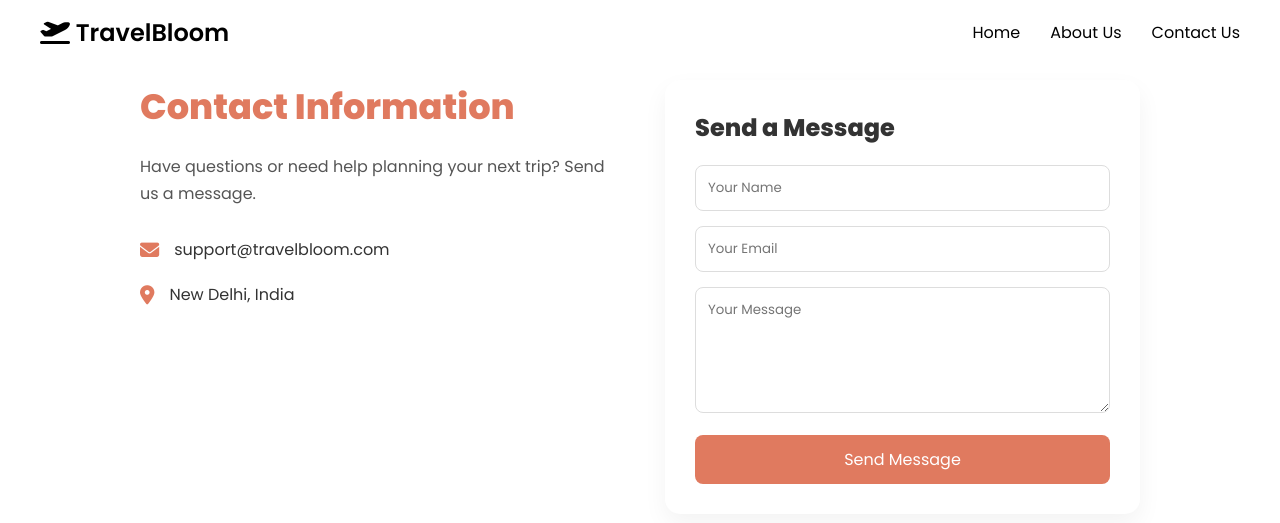
Repository: LatikaAdhikari064/TravelBloom_Project
Page: contact.html
An editor plug-in stored every save of this project. The page is shown before and after the next save, followed by the edit.
The browser window is 1280 px wide. The pictures show the whole page.

Above is the page before, as saved 2026-01-08 21:16:55.

### contact.html
<!DOCTYPE html>
<html lang="en">
<head>
    <meta charset="UTF-8">
    <meta name="viewport" content="width=device-width, initial-scale=1.0">
    <title>Contact Us - TravelBloom</title>

    <!-- Fonts & Icons -->
    <link href="https://fonts.googleapis.com/css2?family=Poppins:wght@300;400;600;800&display=swap" rel="stylesheet">
    <link rel="stylesheet" href="https://cdnjs.cloudflare.com/ajax/libs/font-awesome/6.4.0/css/all.min.css">

    <!-- CSS -->
    <link rel="stylesheet" href="contact.css">
</head>
<body>

    <nav class="navbar">
        <div class="logo">
            <i class="fas fa-plane-departure"></i> TravelBloom
        </div>
        <ul class="nav-links">
            <li><a href="/">Home</a></li>
            <li><a href="about.html">About Us</a></li>
            <li><a href="contact.html">Contact Us</a></li>
        </ul>
    </nav>
    <!-- CONTACT SECTION -->
    <section class="contact-section">
        <div class="contact-container">

            <!-- INFO -->
            <div class="contact-info">
                <h2>Contact Information</h2>
                <p>Have questions or need help planning your next trip? Send us a message.</p>

                <div class="info-item">
                    <i class="fas fa-envelope"></i>
                    <span>support@travelbloom.com</span>
                </div>

                <div class="info-item">
                    <i class="fas fa-map-marker-alt"></i>
                    <span>New Delhi, India</span>
                </div>
            </div>

            <!-- FORM -->
            <form class="contact-form">
                <h2>Send a Message</h2>

                <input type="text" placeholder="Your Name" required>
                <input type="email" placeholder="Your Email" required>
                <textarea placeholder="Your Message" rows="5" required></textarea>

                <button type="submit">Send Message</button>
            </form>

        </div>
    </section>

</body>
</html>

### contact.css
/* --- CONTACT PAGE STYLES --- */
* {
    margin: 0;
    padding: 0;
    box-sizing: border-box;
    font-family: 'Poppins', sans-serif;
}

body {
    overflow-x: hidden;
}

/* --- Navigation Bar --- */
.navbar {
     position: fixed;
    top: 0;
    width: 100%;
    padding: 15px 40px;
    display: flex;
    justify-content: space-between;
    align-items: center;
    background: rgb(255, 255, 255);
    backdrop-filter: blur(8px);
    z-index: 1000;
}

.logo {
    font-size: 1.5rem;
    font-weight: 600;
    color: rgb(0, 0, 0);
}

.nav-links {
    list-style: none;
    display: flex;
    gap: 30px;
}

.nav-links a {
    text-decoration: none;
    color: rgb(0, 0, 0);
    font-weight: 400;
    transition: color 0.3s;
}

.nav-links a:hover,
.nav-links a.active {
    color: #E07A5F;
}

.contact-hero h1 {
    font-size: 3rem;
    font-weight: 800;
}

.contact-hero p {
    font-size: 1.1rem;
    opacity: 0.9;
}

/* SECTION */
.contact-section {
    padding: 80px 20px;
    background:white;
}

.contact-container {
    max-width: 1000px;
    margin: auto;
    display: grid;
    grid-template-columns: 1fr 1fr;
    gap: 50px;
}

/* INFO */
.contact-info h2 {
    font-size: 2.2rem;
    margin-bottom: 20px;
    color: #E07A5F;
}

.contact-info p {
    color: #555;
    margin-bottom: 30px;
    line-height: 1.7;
}

.info-item {
    display: flex;
    align-items: center;
    gap: 15px;
    margin-bottom: 20px;
    color: #333;
}

.info-item i {
    color: #E07A5F;
    font-size: 1.2rem;
}

/* FORM */
.contact-form {
    background: white;
    padding: 30px;
    border-radius: 15px;
    box-shadow: 0 10px 25px rgba(0,0,0,0.05);
}

.contact-form h2 {
    margin-bottom: 20px;
    color: #333;
}

.contact-form input,
.contact-form textarea {
    width: 100%;
    padding: 12px;
    margin-bottom: 15px;
    border-radius: 8px;
    border: 1px solid #ddd;
    font-family: inherit;
}

.contact-form input:focus,
.contact-form textarea:focus {
    outline: none;
    border-color: #E07A5F;
}

.contact-form button {
    width: 100%;
    padding: 12px;
    background: #E07A5F;
    border: none;
    color: white;
    font-size: 1rem;
    border-radius: 8px;
    cursor: pointer;
    transition: background 0.3s;
}

.contact-form button:hover {
    background: #cf6a52;
}

/* RESPONSIVE */
@media (max-width: 768px) {
    .contact-container {
        grid-template-columns: 1fr;
    }

    .contact-hero h1 {
        font-size: 2.2rem;
    }
}

After the next save:
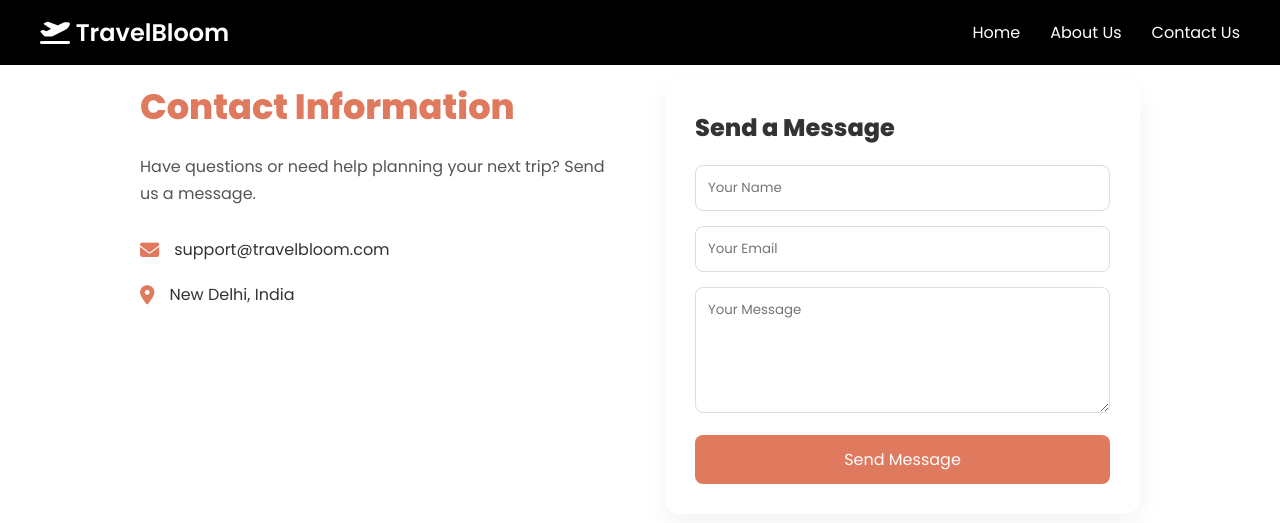
Saved 78 s later.
--- a/contact.css
+++ b/contact.css
@@ -19,7 +19,7 @@ body {
     display: flex;
     justify-content: space-between;
     align-items: center;
-    background: rgb(255, 255, 255);
+    background: rgb(0, 0, 0);
     backdrop-filter: blur(8px);
     z-index: 1000;
 }
@@ -27,7 +27,7 @@ body {
 .logo {
     font-size: 1.5rem;
     font-weight: 600;
-    color: rgb(0, 0, 0);
+    color: rgb(255, 255, 255);
 }
 
 .nav-links {
@@ -38,7 +38,7 @@ body {
 
 .nav-links a {
     text-decoration: none;
-    color: rgb(0, 0, 0);
+    color: rgb(255, 255, 255);
     font-weight: 400;
     transition: color 0.3s;
 }
